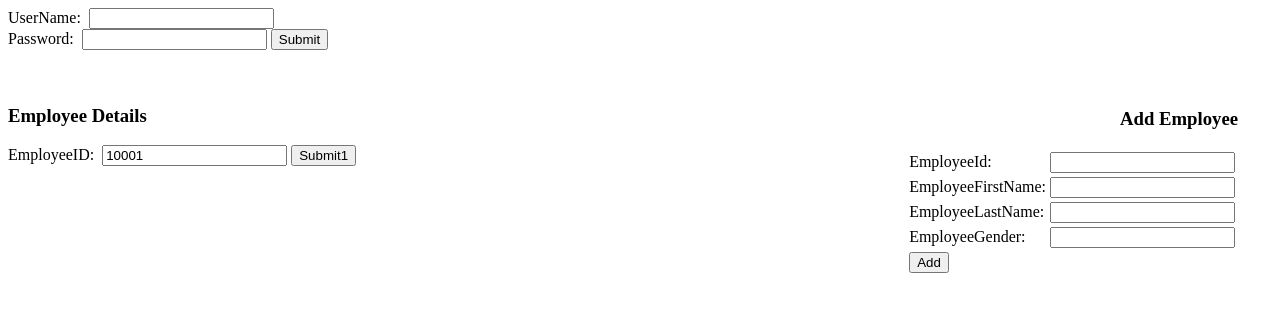
Repository: sandeep27y/MavenWebAppMultiModule-Servlets
Page: http://localhost/EmployeeApplication/LogIn.jsp
The author's editor kept a copy of each file at every save. The page is drawn from the files as they stood at one save, then again after the next save.
The browser window is 1280 px wide. The pictures show the whole page.
The page is served by Tomcat 9.

Above is the page before, as saved 2017-06-10 20:06:26.

After the next save:
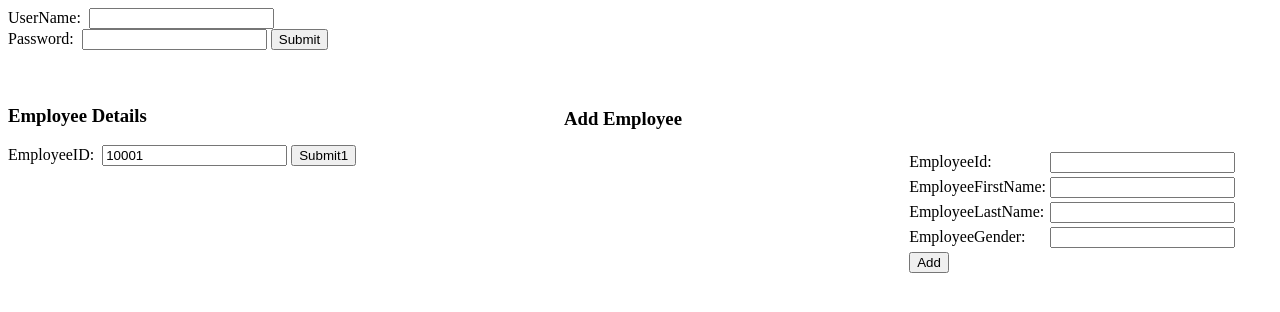
Saved 47 s later.
--- a/MavenWebAppMultiModule-Servlets/EmployeeMultiModule/EmployeeApplication/src/main/webapp/LogIn.jsp
+++ b/MavenWebAppMultiModule-Servlets/EmployeeMultiModule/EmployeeApplication/src/main/webapp/LogIn.jsp
@@ -22,7 +22,7 @@ EmployeeID: &nbsp;<input type="text" name="employeeId" value="10001">
 </div>
 <div align="right" style="margin-top: -77px; margin-right: 34px">
 <form action="/EmployeeApplication/add" method="post">
-<h3>Add Employee</h3>
+<h3 align="center">Add Employee</h3>
 <table>
 	<tr>
 		<td>EmployeeId: </td>
